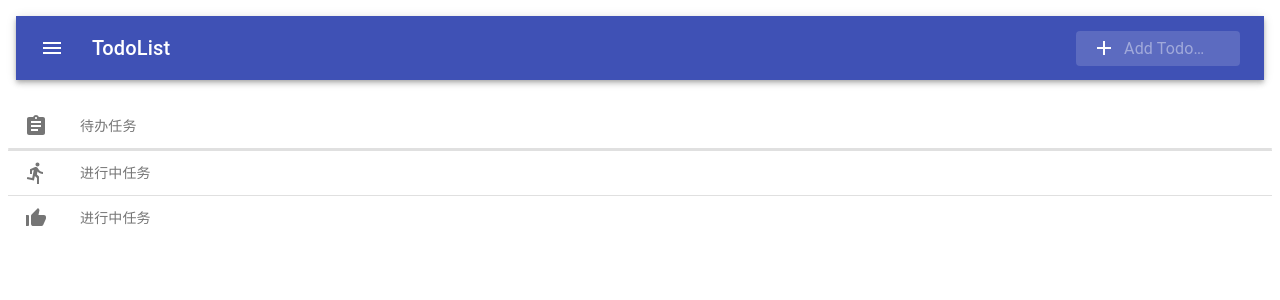
Repository: harperl71/TodoList
Page: /
These files come from the project's save history. The page is drawn as it stood at one moment and after the next save; the edit follows.
The browser window is 1280 px wide. The pictures show the whole page.
The project was rebuilt for these pictures with package versions that can differ from the ones it lists, and the page was loaded fresh each time.

Above is the page before, as saved 2021-05-20 17:28:06.

### src/App.tsx
import React from "react";
import Header from "./components/header";
import Content from "./components/content";
import Footer from "./components/footer";
import Myprovider from "./context";

function App() {
  return (
    <div className="APP">
      <Myprovider>
        <Header />
        <Content />
        <Footer />
      </Myprovider>
    </div>
  );
}

export default App;

### src/components/header/index.tsx
import React, { useContext } from "react";
import { MyContext } from "../../context";
import AppBar from "@material-ui/core/AppBar";
import Toolbar from "@material-ui/core/Toolbar";
import IconButton from "@material-ui/core/IconButton";
import Typography from "@material-ui/core/Typography";
import InputBase from "@material-ui/core/InputBase";
import { makeStyles, fade } from "@material-ui/core/styles";
import MenuIcon from "@material-ui/icons/Menu";
import AddIcon from "@material-ui/icons/Add";

const useStyles = makeStyles((theme) => ({
  header: {
    margin: theme.spacing(2),
    justifyContent: "space-between",
  },
  listButton: {
    marginRight: theme.spacing(2),
  },
  title: {
    flexGrow: 1,
    display: "none",
    [theme.breakpoints.up("sm")]: {
      display: "block",
    },
  },
  search: {
    position: "relative",
    borderRadius: theme.shape.borderRadius,
    backgroundColor: fade(theme.palette.common.white, 0.15),
    "&:hover": {
      backgroundColor: fade(theme.palette.common.white, 0.25),
    },
    marginLeft: 0,
    width: "100%",
    [theme.breakpoints.up("sm")]: {
      marginLeft: theme.spacing(1),
      width: "auto",
    },
  },
  addIcon: {
    padding: theme.spacing(0, 2),
    height: "100%",
    position: "absolute",
    pointerEvents: "none",
    display: "flex",
    alignItems: "center",
    justifyContent: "center",
  },
  inputRoot: {
    color: "inherit",
  },
  inputInput: {
    padding: theme.spacing(1, 1, 1, 0),
    // vertical padding + font size from searchIcon
    paddingLeft: `calc(1em + ${theme.spacing(4)}px)`,
    transition: theme.transitions.create("width"),
    width: "100%",
    [theme.breakpoints.up("sm")]: {
      width: "12ch",
      "&:focus": {
        width: "20ch",
      },
    },
  },
}));

export default function SearchAppBar() {
  const classes = useStyles();
  const { Add } = useContext(MyContext);

  const enterPress = (evt: React.SyntheticEvent) => {
    if (
      (evt as KeyboardEventInit).code === "Enter" &&
      (evt.target as HTMLInputElement).value !== ""
    ) {
      Add((evt.target as HTMLInputElement).value);
      (evt.target as HTMLInputElement).value = "";
    }
  };

  return (
    <div className={classes.header}>
      <AppBar position="static">
        <Toolbar>
          <IconButton
            edge="start"
            className={classes.listButton}
            color="inherit"
            aria-label="open drawer"
          >
            <MenuIcon />
          </IconButton>
          <Typography className={classes.title} variant="h6" noWrap>
            TodoList
          </Typography>
          <div className={classes.search}>
            <div className={classes.addIcon}>
              <AddIcon />
            </div>
            <InputBase
              placeholder="Add Todo…"
              required
              classes={{
                root: classes.inputRoot,
                input: classes.inputInput,
              }}
              onKeyPress={enterPress}
            />
          </div>
        </Toolbar>
      </AppBar>
    </div>
  );
}

### src/components/content/index.tsx
import React, { Fragment } from "react";
import TaskList from "./task-list";
import {
  makeStyles,
  List,
  ListItem,
  ListItemIcon,
  ListItemText,
  Card,
  Divider,
} from "@material-ui/core";
import AssignmentIcon from "@material-ui/icons/Assignment";
import DirectionsRunIcon from "@material-ui/icons/DirectionsRun";
import ThumbUpAltIcon from "@material-ui/icons/ThumbUpAlt";

const useStyles = makeStyles((theme) => ({
  root: {
    margin: theme.spacing(0, 1),
    justifyContent: "center",
  },
  card: {
    width: "100 %",
  },
}));

const Content = () => {
  const classes = useStyles();
  return (
    <div className={classes.root}>
      <List component="nav" aria-label="main mailbox folders">
        <ListItem button>
          <ListItemIcon>
            <AssignmentIcon />
          </ListItemIcon>
          <ListItemText secondary="待办任务" />
        </ListItem>
        <Card variant="outlined">
          <TaskList title="待办" status="todo" />
        </Card>
        <Divider />
        <ListItem button>
          <ListItemIcon>
            <DirectionsRunIcon />
          </ListItemIcon>
          <ListItemText secondary="进行中任务" />
        </ListItem>
        <Divider />
        <ListItem button>
          <ListItemIcon>
            <ThumbUpAltIcon />
          </ListItemIcon>
          <ListItemText secondary="进行中任务" />
        </ListItem>
      </List>
      {/* <Fragment>
        <Typography className="todo" variant="h5">
          任务待办：
        </Typography>
        <TaskList title="待办" status="todo" />
        <Typography className="todo" variant="h5">
          任务进行中：
        </Typography>
        <TaskList title="进行中" status="doing" />
        <Typography className="todo" variant="h5">
          任务已完成：
        </Typography>
        <TaskList title="已完成" status="done" />
      </Fragment> */}
    </div>
  );
};

export default Content;

### src/components/footer/index.tsx
import React from "react";

const Footer = () => {
  return <div className="footer"></div>;
};

export default Footer;

### src/context/index.tsx
import React, { createContext, useState } from "react";

export interface TodoProps {
  id: number;
  text: string;
  status: string;
}

export interface ContextProps {
  todoList: TodoProps[];
  Add: (item: string) => void;
  Delete: (id: number) => void;
  Remove: (index: number, status: string) => void;
  Clear: () => void;
}

export const MyContext = createContext({} as ContextProps);

const Myprovider = (props: React.PropsWithChildren<{}>) => {
  const [todoList, setList] = useState<TodoProps[]>([]);

  const Add = (item: string) => {
    const listItem = {
      id: new Date().getTime(),
      text: item,
      status: "todo",
    };
    setList([...todoList, listItem]);
  };
  //console.log(...todoList);

  const Delete = (id: number) => {
    setList(todoList.filter((item) => item.id !== id));
  };

  const Remove = (index: number, status: string) => {
    if (status === "todo") {
      const listItem = Object.assign({}, todoList[index], {
        status: "doing",
      });
      const list = todoList.splice(index, 1);
      setList([...list, listItem]);
    }
    if (status === "doing") {
      const listItem = Object.assign({}, todoList[index], {
        status: "done",
      });
      const list = todoList.splice(index, 1);
      setList([...list, listItem]);
    }
  };

  const Clear = () => setList([]);

  return (
    <MyContext.Provider value={{ todoList, Add, Delete, Remove, Clear }}>
      {props.children}
    </MyContext.Provider>
  );
};

export default Myprovider;

### src/components/content/task-list/index.tsx
import React, { ReactNode, useContext } from "react";
import { MyContext } from "../../../context";
import { makeStyles, Typography } from "@material-ui/core";

const useStyles = makeStyles((theme) => ({
  root: {
    margin: "auto",
  },
  list: {
    width: 200,
    height: 230,
    backgroundColor: theme.palette.background.paper,
    overflow: "auto",
  },
  button: {
    margin: theme.spacing(0.5, 0),
  },
}));

interface Iprops {
  title: string;
  status: string;
}

const TaskList = ({ title, status }: Iprops) => {
  const classes = useStyles();

  const { todoList } = useContext(MyContext);

  //console.log(todoList);
  return <div className={classes.root}></div>;
};

export default TaskList;

Loaded but not shown: public/index.html (common file); src/index.tsx (common file); src/index.css (common file); src/reportWebVitals.ts (common file)

After the next save:
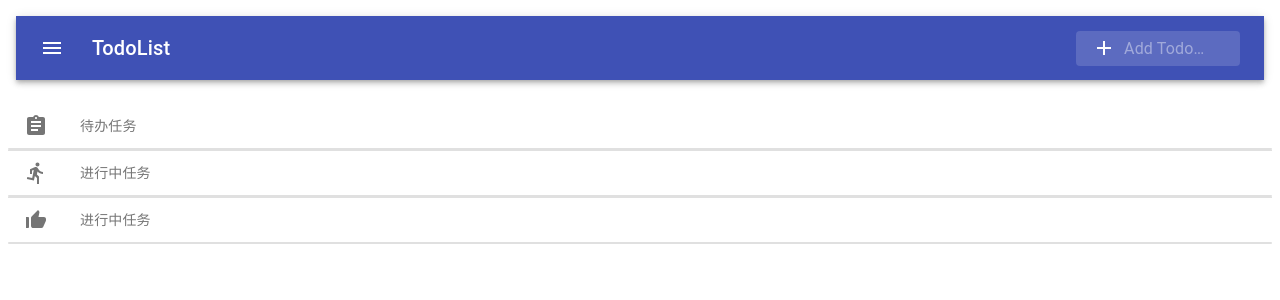
Saved 47 s later.
--- a/src/components/content/index.tsx
+++ b/src/components/content/index.tsx
@@ -44,6 +44,9 @@ const Content = () => {
           </ListItemIcon>
           <ListItemText secondary="进行中任务" />
         </ListItem>
+        <Card variant="outlined">
+          <TaskList title="进行中" status="doing" />
+        </Card>
         <Divider />
         <ListItem button>
           <ListItemIcon>
@@ -51,6 +54,9 @@ const Content = () => {
           </ListItemIcon>
           <ListItemText secondary="进行中任务" />
         </ListItem>
+        <Card variant="outlined">
+          <TaskList title="已完成" status="done" />
+        </Card>
       </List>
       {/* <Fragment>
         <Typography className="todo" variant="h5">
